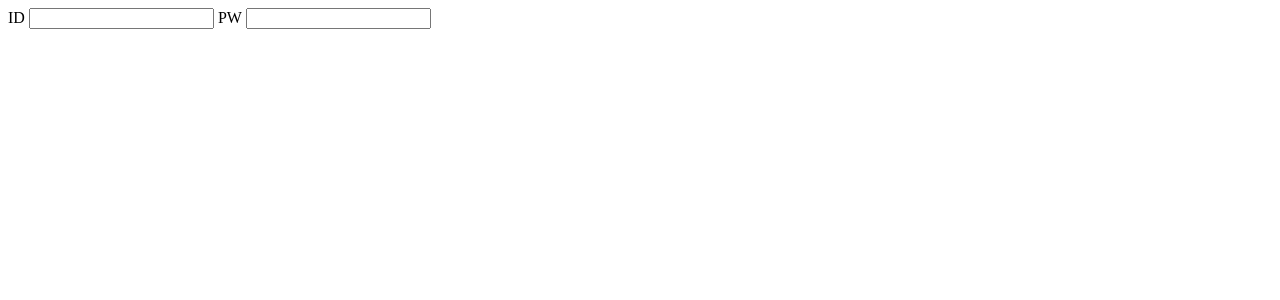
Repository: HeonchanKim/smhrd_jsp
Page: Servlet/src/main/webapp/ex02.html
An editor plug-in stored every save of this project. The page is shown before and after the next save, followed by the edit.
The browser window is 1280 px wide. The pictures show the whole page.

Above is the page before, as saved 2022-01-26 08:04:51.

### Servlet/src/main/webapp/ex02.html
<!DOCTYPE html>
<html>
<head>
<meta charset="EUC-KR">
<title>Insert title here</title>
</head>
<body>

	<!-- HTML에서 서버프로그램으로 값을 보내기위한 3가지 필수조건 -->
	<!-- 1. action : 서버프로그램 주소지정 -->
	<form action="ex02">
		ID <input type="text" name="id">
		PW <input type="text" name="pw">

	</form>

</body>
</html>

After the next save:
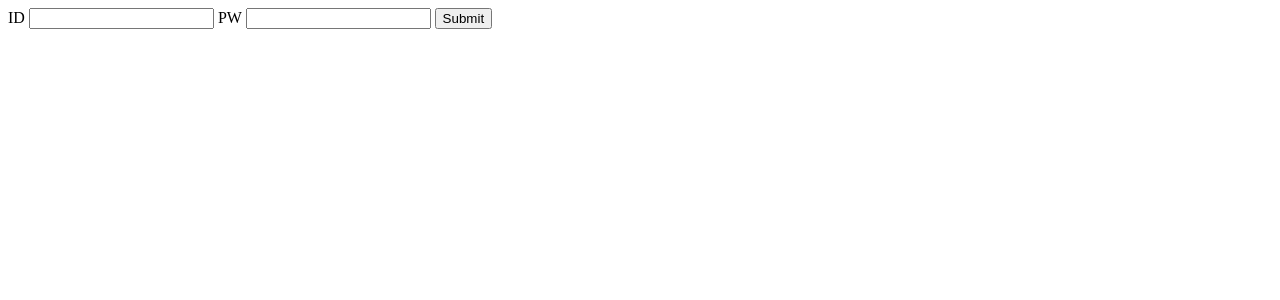
Saved 78 s later.
--- a/Servlet/src/main/webapp/ex02.html
+++ b/Servlet/src/main/webapp/ex02.html
@@ -11,7 +11,8 @@
 	<form action="ex02">
 		ID <input type="text" name="id">
 		PW <input type="text" name="pw">
-
+		<!-- 2. 입력한 태그에 name속성 설정(이름표) -->
+		<input type="submit">
 	</form>
 
 </body>
